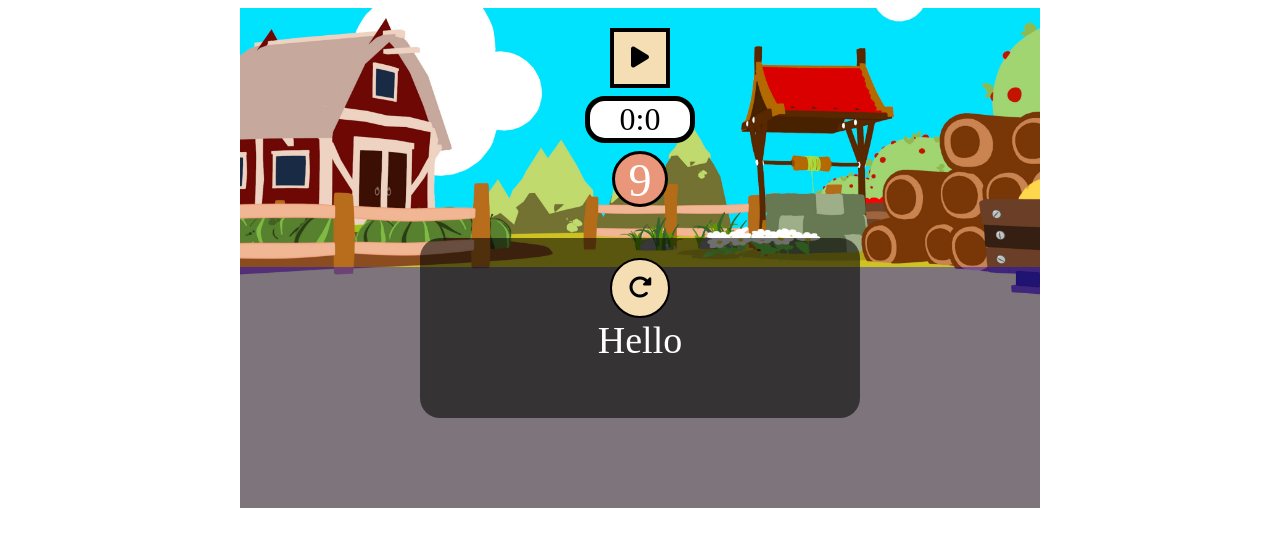
Repository: yoon-dh/JS_Prac
Page: carrot_game/index.html
These files come from the project's save history. The page is drawn as it stood at one moment and after the next save; the edit follows.
The browser window is 1280 px wide. The pictures show the whole page.
Some web libraries are served in a nearby version.

Above is the page before, as saved 2023-06-23 21:56:43.

After the next save:
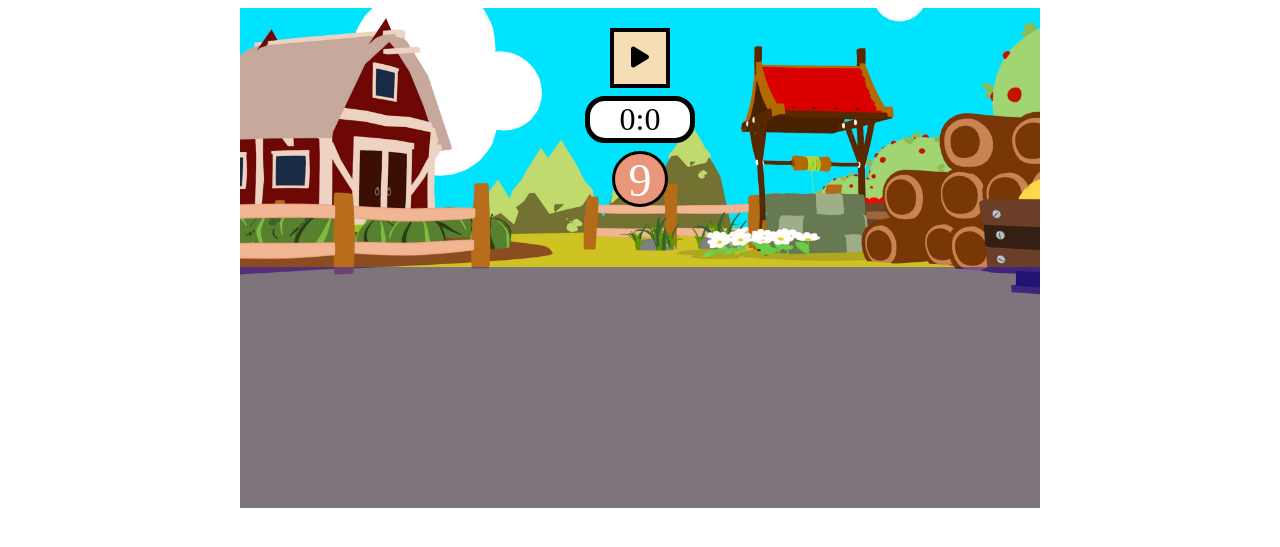
Saved 21 s later.
--- a/carrot_game/index.html
+++ b/carrot_game/index.html
@@ -27,7 +27,7 @@
       </header>
       <section class="game__field"></section>
     </section>
-    <section class="pop-up">
+    <section class="pop-up pop-up--hide">
       <button class="pop-up__refresh">
         <i class="fas fa-regular fa-rotate-right"></i>
       </button>
